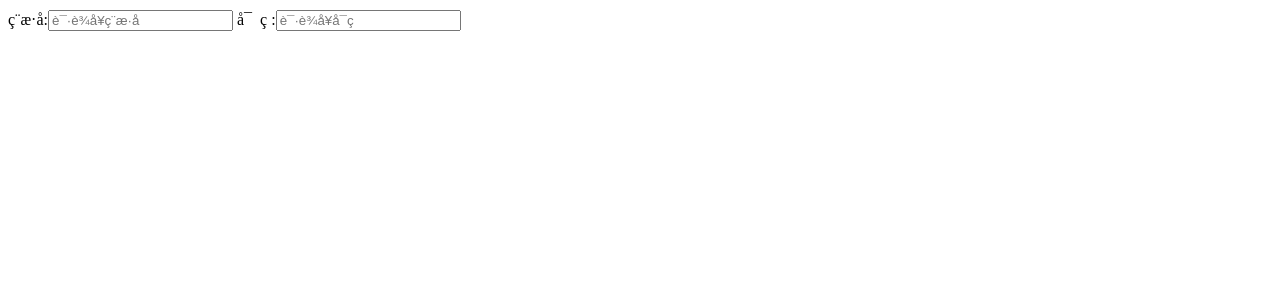
Repository: zyz963272311/testGitHub
Page: http://localhost/xyz.zyzhu.test-spring-boot/login.jsp
The author's editor kept a copy of each file at every save. The page is drawn from the files as they stood at one save, then again after the next save.
The browser window is 1280 px wide. The pictures show the whole page.
The page is served by Tomcat 9. Other server files are loaded and not shown.

Above is the page before, as saved 2017-11-26 08:19:20.

### test-spring-boot/xyz.zyzhu.test-spring-boot/src/main/webapp/login.jsp
<%@ include file="WEB-INF/jsp/comm/comm.jsp" %>
<!DOCTYPE html PUBLIC "-//W3C//DTD HTML 4.01 Transitional//EN" "http://www.w3.org/TR/html4/loose.dtd">
<html>
<head>
<title></title>
</head>
<body>
<form action="login">
	用户名:<input type="text" placeholder="请输入用户名">
	密&nbsp;&nbsp;码:<input type="password" placeholder="请输入密码">
</form>
</body>
</html>

### test-spring-boot/xyz.zyzhu.test-spring-boot/src/main/webapp/WEB-INF/jsp/comm/comm.jsp
<%@ page language="java" contentType="text/html; charset=UTF-8"
    pageEncoding="UTF-8"%>
<!-- jstl标签库 -->
<%@ taglib prefix="c" uri="http://java.sun.com/jsp/jstl/core"%>
<!-- 此文件未jsp文件得公共模版文件，其中包含了头部文件，以及url信息 -->
<!DOCTYPE html PUBLIC "-//W3C//DTD HTML 4.01 Transitional//EN" "http://www.w3.org/TR/html4/loose.dtd">
<%
	String path = request.getContextPath();
	String basePath = request.getScheme() + "://"
			+ request.getServerName() + ":" + request.getServerPort()
			+ path + "/";
%>
<html>
<head>
<meta http-equiv="Content-Type" content="text/html; charset=UTF-8">
<title>Insert title here</title>
</head>
<body>

</body>
</html>

After the next save:
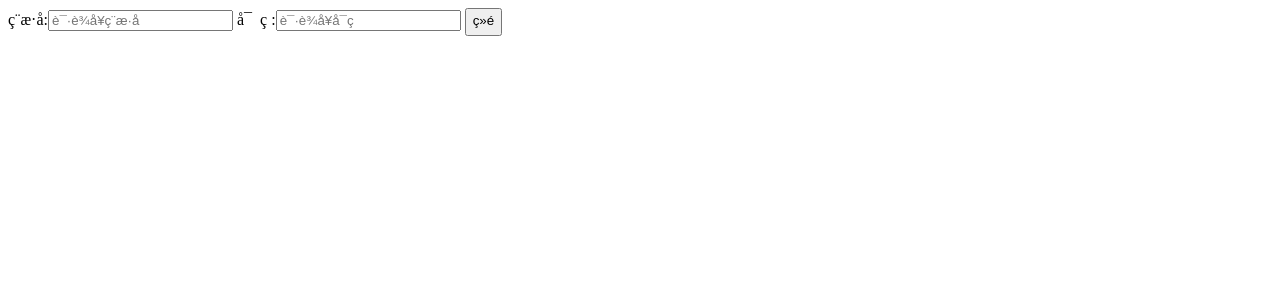
Saved 26 s later.
--- a/test-spring-boot/xyz.zyzhu.test-spring-boot/src/main/webapp/login.jsp
+++ b/test-spring-boot/xyz.zyzhu.test-spring-boot/src/main/webapp/login.jsp
@@ -8,6 +8,7 @@
 <form action="login">
 	用户名:<input type="text" placeholder="请输入用户名">
 	密&nbsp;&nbsp;码:<input type="password" placeholder="请输入密码">
+	<input type="submit" value="登陆">
 </form>
 </body>
 </html>
